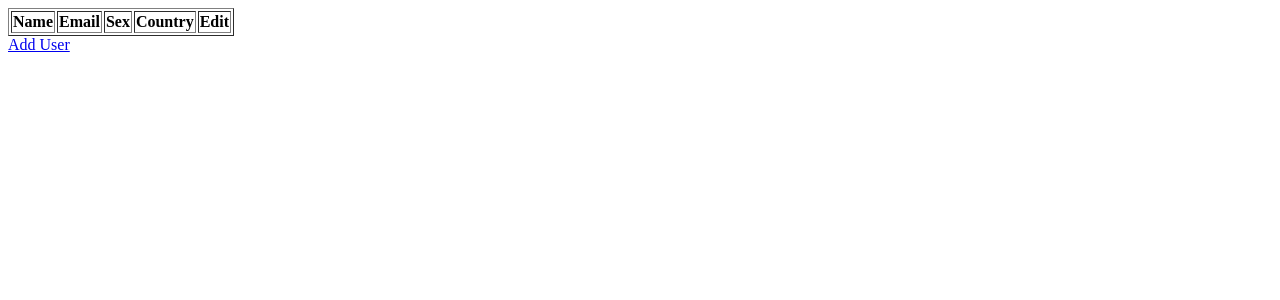
Repository: Ramakrishnmagadum/Servlet
Page: http://localhost/JSP_CRUD_Project/viewuser.jsp
An editor plug-in stored every save of this project. The page is shown before and after the next save, followed by the edit.
The browser window is 1280 px wide. The pictures show the whole page.
The page is served by Tomcat 9. Other server files are loaded and not shown. Queries for data that is not in the repository find no rows.

Above is the page before, as saved 2025-02-28 17:51:37.

### JSP_CRUD_Project/src/main/webapp/viewuser.jsp
<%@ page language="java" contentType="text/html; charset=UTF-8"
    pageEncoding="UTF-8"%>
    <%@page import="CRUD_Project.DAO" %>
    <%@page import="CRUD_Project.StudentsBean" %>
    <%@page import="java.util.List" %>
<!DOCTYPE html>
<html>
<head>
<meta charset="UTF-8">
<title>view User</title>
</head>
<body>


<%
List<StudentsBean> list=DAO.getAllRecords();

%>
<table border="1px solid black" >
<tr><th>Name</th> <th>Email</th> <th>Sex</th> <th>Country</th> <th>Edit</th></tr>
<%for(int i=0;i<list.size();i++) {%>
<tr>
<td ><%=list.get(i).getName() %></td>
<td ><%=list.get(i).getEmail() %></td>
<td ><%=list.get(i).getSex() %></td>
<td ><%=list.get(i).getCountry() %></td>

<td><a href='edituser.jsp?name=<%=list.get(i).getName()%>'>Edit </a></td>
</tr>
<%} %>
</table>

<a href="adduser.jsp"> Add User</a>
</body>
</html>

### JSP_CRUD_Project/src/main/java/CRUD_Project/DAO.java
package CRUD_Project;

import java.sql.Connection;
import java.sql.DriverManager;
import java.sql.PreparedStatement;
import java.sql.ResultSet;
import java.sql.SQLException;
import java.util.ArrayList;
import java.util.List;

public class DAO  {

	public static Connection getconnection() throws SQLException, ClassNotFoundException {
		Connection conn = null;
		Class.forName("com.mysql.jdbc.Driver");
		conn = DriverManager.getConnection("jdbc:mysql://localhost:3306/RamDB", "root", "root");
		return conn;
	}

	public static int savestudent(StudentsBean bean) throws ClassNotFoundException, SQLException {
		Connection conn=getconnection();
		PreparedStatement excute = conn.prepareStatement("insert into jspstudent (name , email ,sex , country ) values(?,?,?,?)");
		excute.setString(1, bean.getName());
		excute.setString(2, bean.getEmail());
		excute.setString(3, bean.getSex());
		excute.setString(4, bean.getCountry());
		return excute.executeUpdate();
	}

	public static List<StudentsBean> getAllRecords() throws ClassNotFoundException, SQLException{
		List<StudentsBean> list=new ArrayList<StudentsBean>();
		Connection conn=getconnection();
		PreparedStatement ps = conn.prepareStatement("select * from jspstudent");
		ResultSet rs = ps.executeQuery();
		while (rs.next()) {
			StudentsBean bean = new StudentsBean();
			bean.setName(rs.getString(1));
			bean.setEmail(rs.getString(2));
			bean.setSex(rs.getString(3));
			bean.setCountry(rs.getString(4));
			list.add(bean);
		}
		return list;
	}


	public static StudentsBean getrecord(String name) throws ClassNotFoundException, SQLException {
		StudentsBean bean=new StudentsBean();
		Connection conn=getconnection();
		System.out.println("nameis  "+name);
		PreparedStatement ps = conn.prepareStatement("select * from jspstudent where name ='"+name+"'");
		ResultSet rs = ps.executeQuery();
		if(rs.next()) {
			bean.setName(rs.getString(1));
			bean.setEmail(rs.getString(2));
			bean.setSex(rs.getString(3));
			bean.setCountry(rs.getString(4));
		}
		return bean;
	}



}

After the next save:
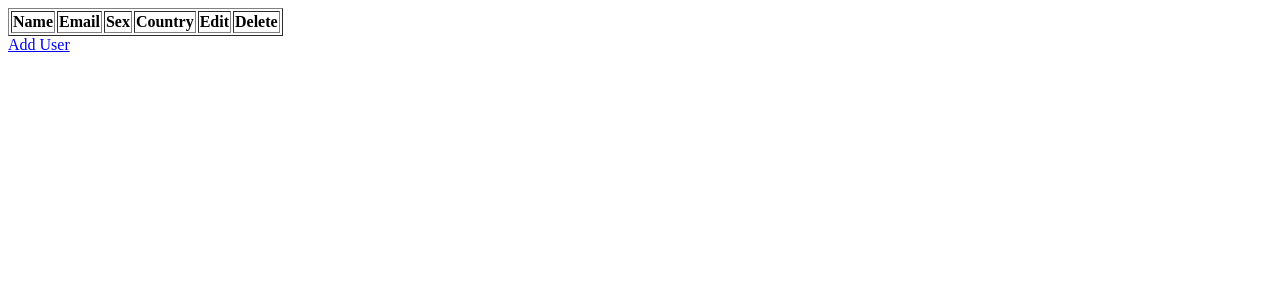
Saved 83 s later.
--- a/JSP_CRUD_Project/src/main/webapp/viewuser.jsp
+++ b/JSP_CRUD_Project/src/main/webapp/viewuser.jsp
@@ -17,7 +17,7 @@ List<StudentsBean> list=DAO.getAllRecords();
 
 %>
 <table border="1px solid black" >
-<tr><th>Name</th> <th>Email</th> <th>Sex</th> <th>Country</th> <th>Edit</th></tr>
+<tr><th>Name</th> <th>Email</th> <th>Sex</th> <th>Country</th> <th>Edit</th> <th>Delete</th> </tr>
 <%for(int i=0;i<list.size();i++) {%>
 <tr>
 <td ><%=list.get(i).getName() %></td>
